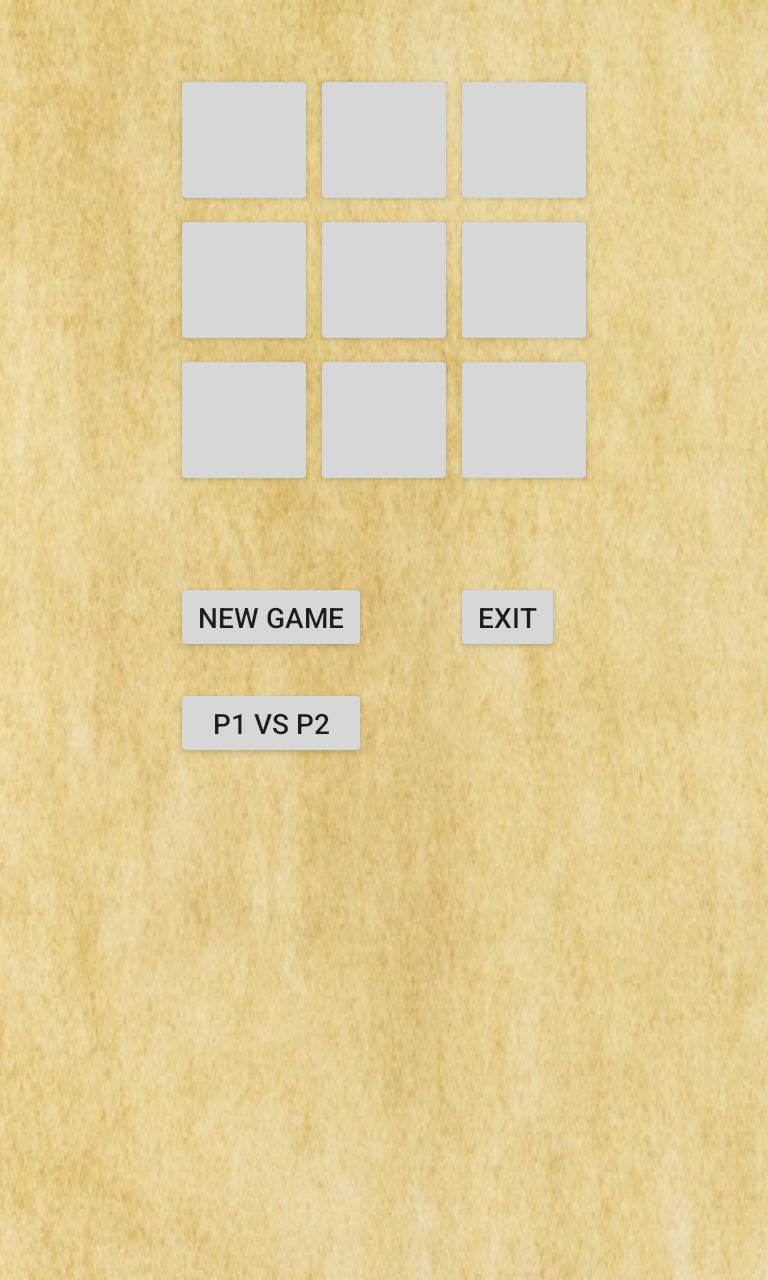
Repository: dtakiy/jogovelha
Layout: games/res/layout/activity_main2.xml
An editor plug-in stored every save of this project. The layout is shown before and after the next save, followed by the edit.
It is drawn on a 768 x 1280 px phone screen (xhdpi) without system bars, with theme AppTheme; the app's code is not run.

Above is the layout before, as saved 2014-09-18 01:02:43.

After the next save:
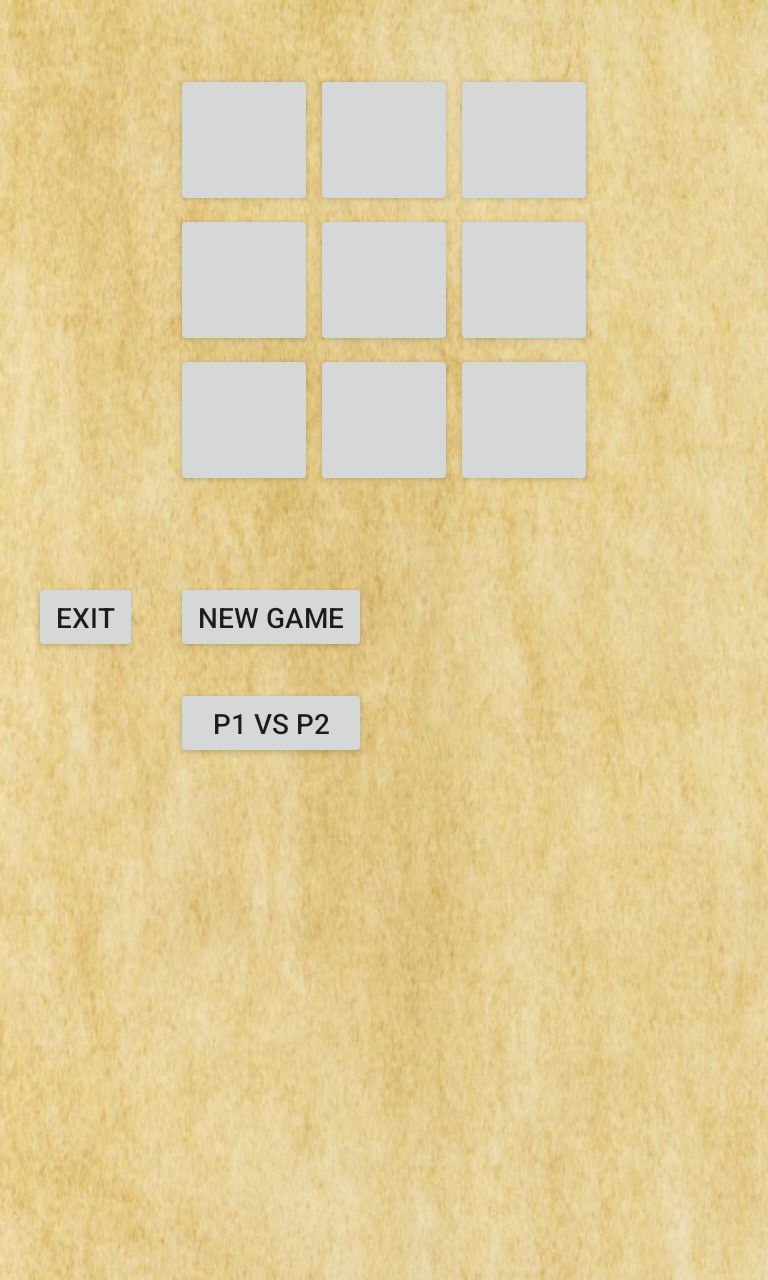
Saved 27 s later.
--- a/games/res/layout/activity_main2.xml
+++ b/games/res/layout/activity_main2.xml
@@ -112,7 +112,7 @@
 		    android:id="@+id/sair"
 		    android:layout_width="wrap_content"
 		    android:layout_height="wrap_content"
-		    android:layout_alignLeft="@+id/quadrado3"
+		    android:layout_alignLeft="@+id/square3"
 		    android:layout_below="@+id/quadrado3"
 		    android:layout_marginTop="44dp"
 		    android:minHeight="20dip"

After the save that followed:
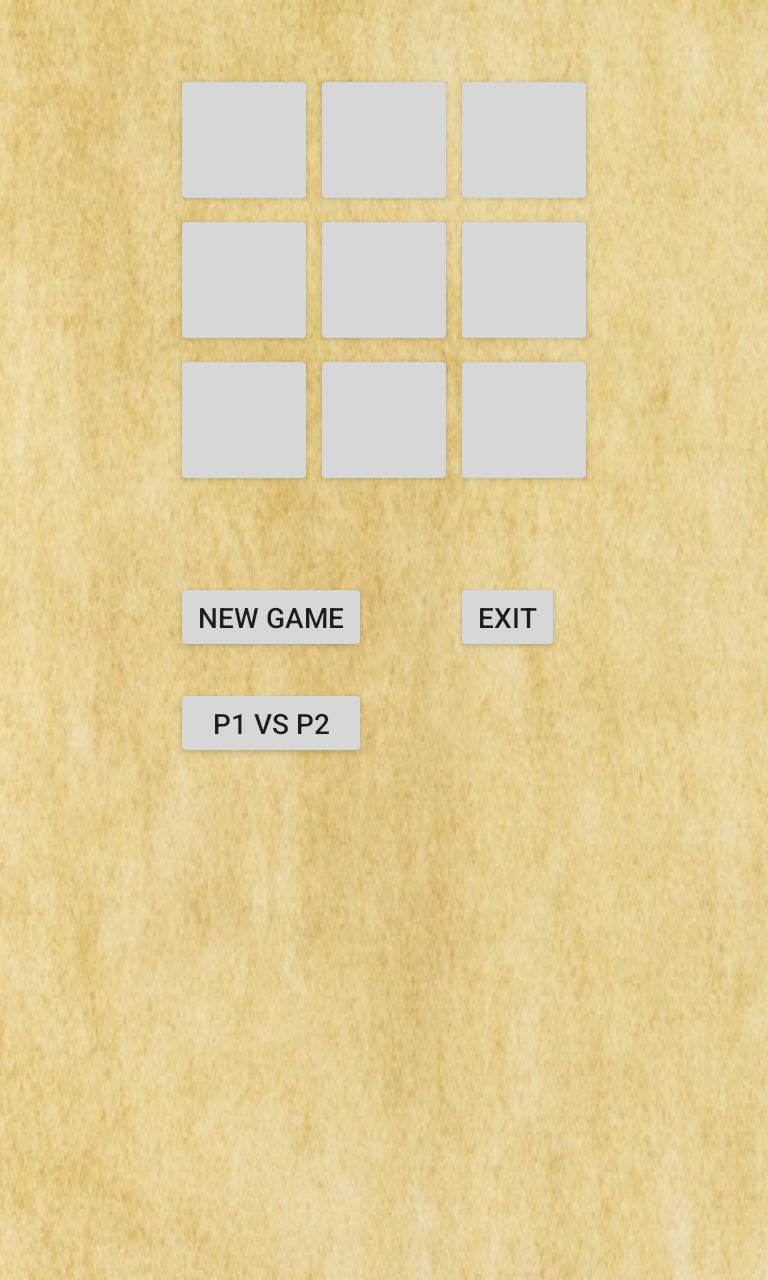
Saved 28 s later.
--- a/games/res/layout/activity_main2.xml
+++ b/games/res/layout/activity_main2.xml
@@ -11,7 +11,7 @@
 
 
 	<Button
-	    android:id="@+id/quadrado6"
+	    android:id="@+id/square6"
 	    android:layout_width="wrap_content"
 	    android:layout_height="wrap_content"
 	    android:layout_alignBaseline="@+id/quadrado5"
@@ -112,7 +112,7 @@
 		    android:id="@+id/sair"
 		    android:layout_width="wrap_content"
 		    android:layout_height="wrap_content"
-		    android:layout_alignLeft="@+id/square3"
+		    android:layout_alignLeft="@+id/quadrado3"
 		    android:layout_below="@+id/quadrado3"
 		    android:layout_marginTop="44dp"
 		    android:minHeight="20dip"
